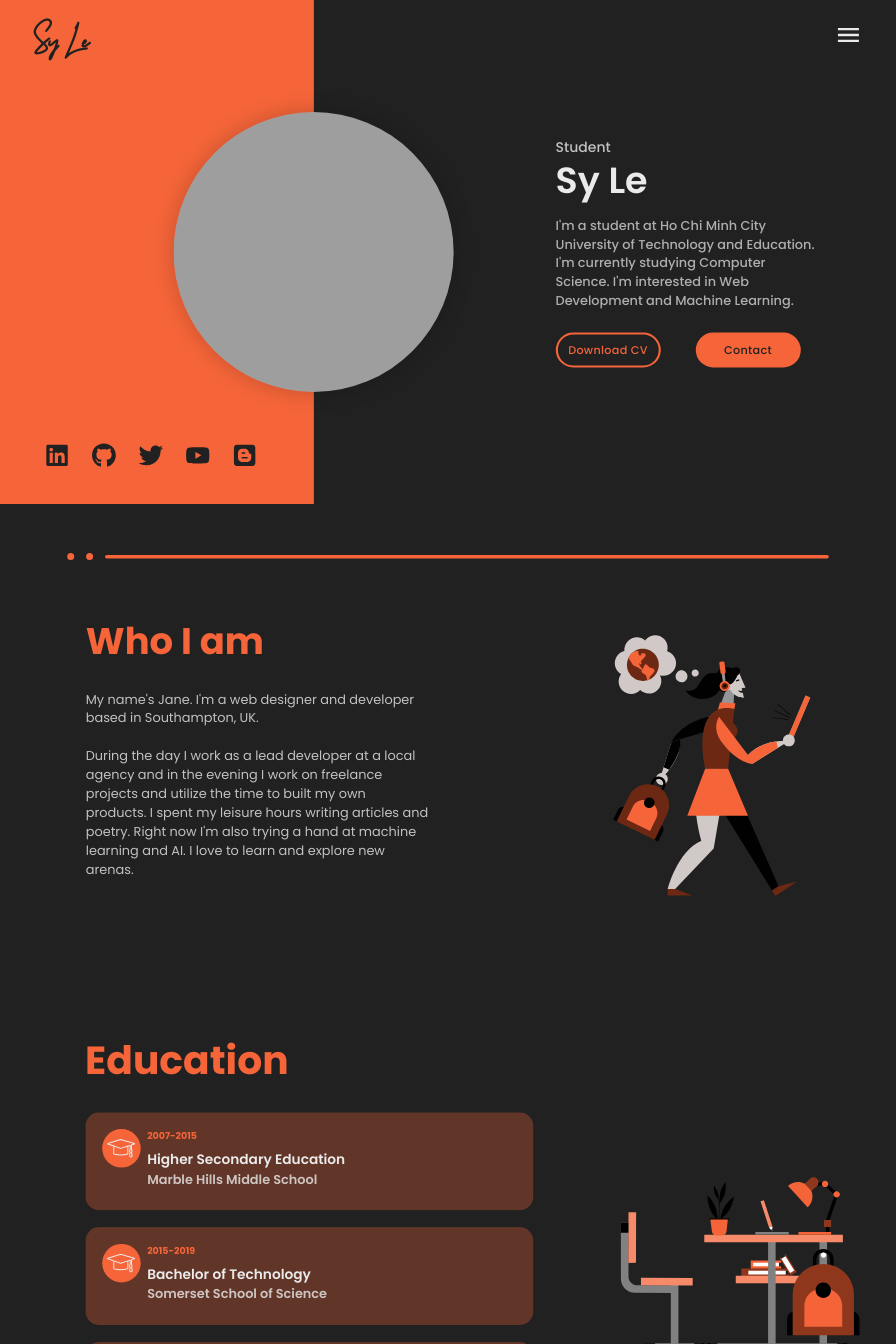
Repository: SyLe-Van/Webite_Subject
Page: / (app in Lab3/Homework/homework4/)
These files come from the project's save history. The page is drawn as it stood at one moment and after the next save; the edit follows.
The browser window is 1280 px wide. The pictures show the part of the page from y = 0 to 1920 px (the page is 7857 px tall), at 70% of full size.
Pictures or frames that could not be fetched are drawn as grey boxes. Some web fonts or font styles are not loaded; a fallback is used. The project was rebuilt for these pictures with package versions that can differ from the ones it lists, and the page was loaded fresh each time. Also part of the build but not shown: Lab3/Homework/homework4/src/pages/Blog/BlogPage.css, Lab3/Homework/homework4/src/pages/Blog/BlogPage.js, Lab3/Homework/homework4/src/pages/Project/ProjectPage.css, Lab3/Homework/homework4/src/pages/Project/ProjectPage.js. Imported but missing from the stored project, and not drawn on this page: Lab3/Homework/homework4/src/assets/pdf/resume.pdf.

Above is the page before, as saved 2023-12-01 15:52:44.

After the next save:
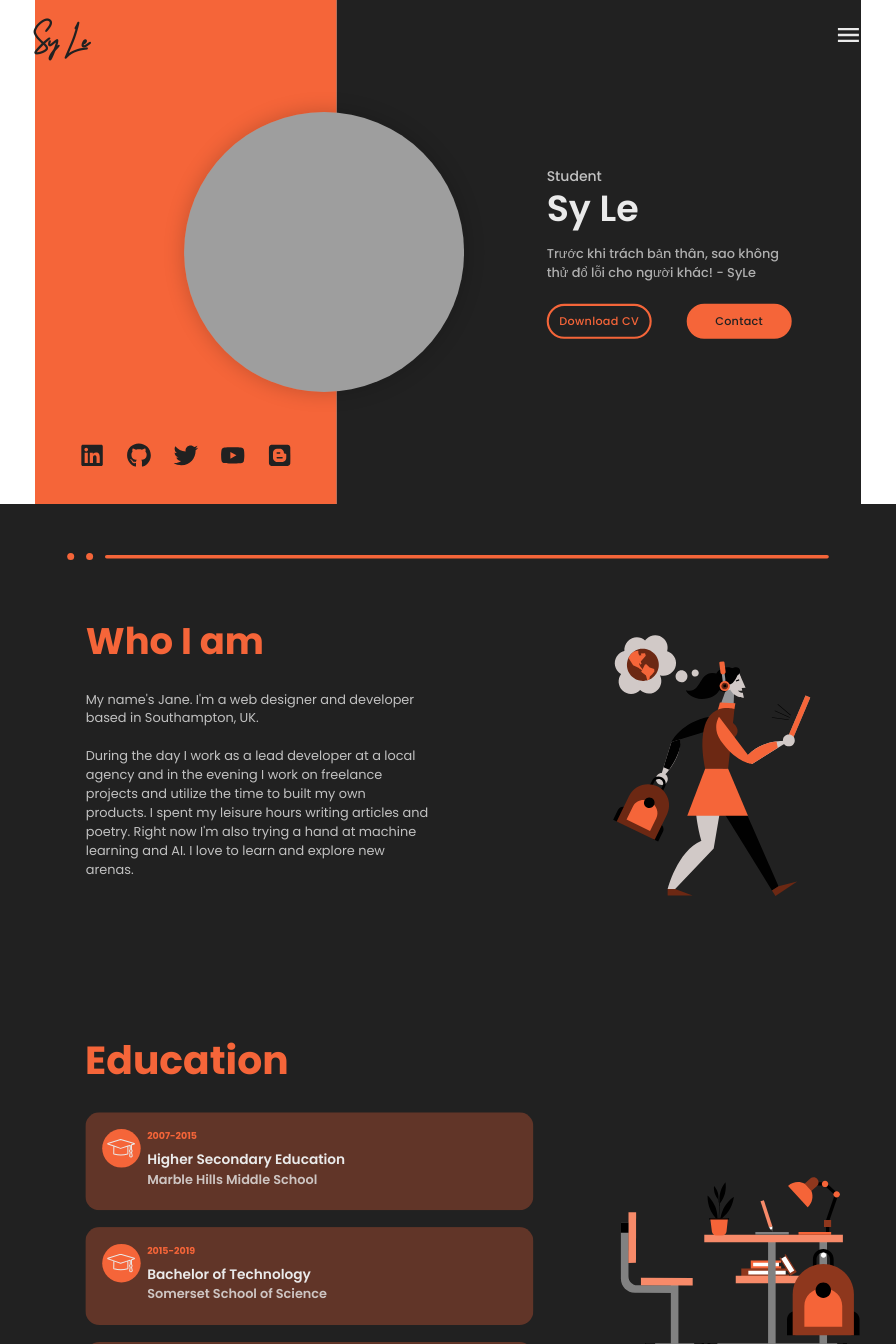
Saved 58 s later.
--- a/Lab3/Homework/homework4/src/data/headerData.js
+++ b/Lab3/Homework/homework4/src/data/headerData.js
@@ -3,7 +3,7 @@ import resume from '../assets/pdf/resume.pdf'
 export const headerData = {
     name: 'Sy Le',
     title: "Student",
-    desciption:"I'm a student at Ho Chi Minh City University of Technology and Education. I'm currently studying Computer Science. I'm interested in Web Development and Machine Learning.",
+    desciption:"Trước khi trách bản thân, sao không thử đổ lỗi cho người khác! - SyLe",
     image: 'https://scontent.fsgn8-4.fna.fbcdn.net/v/t39.30808-6/393003204_1514111392683548_4206460713441802419_n.jpg?stp=cp6_dst-jpg&_nc_cat=111&ccb=1-7&_nc_sid=efb6e6&_nc_ohc=YJzZ463xKZoAX_2j_bZ&_nc_ht=scontent.fsgn8-4.fna&cb_e2o_trans=q&oh=00_AfBAGLpM-4CJYqOTEaPe1CessNQ2AG8Z8AIgSRpNBk_V7g&oe=656F3A08',
     resumePdf: resume
 }
